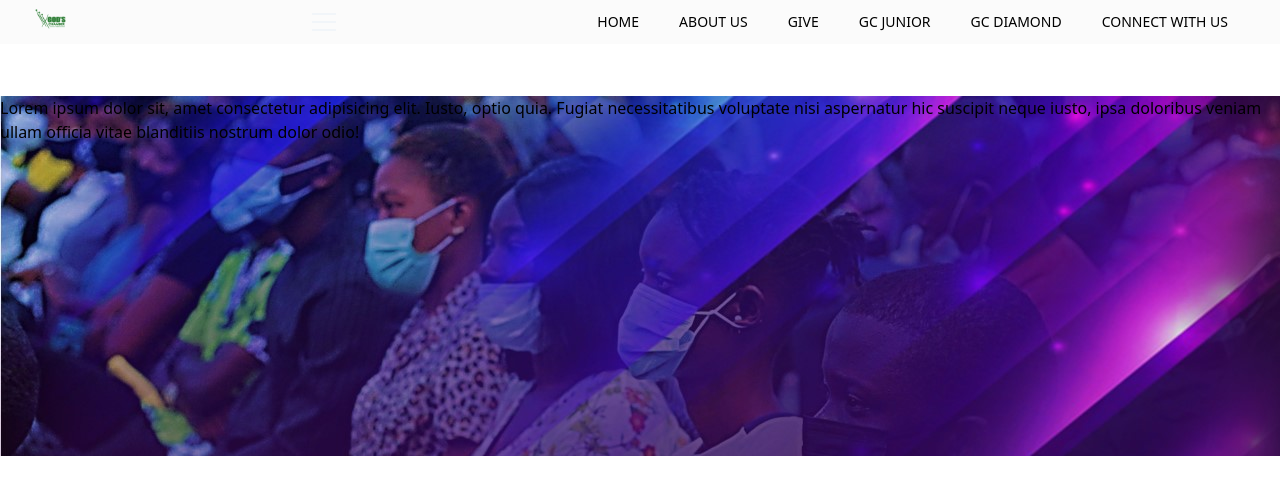
Repository: hisreal123/godschamber-church-main
Page: /
The author's editor kept a copy of each file at every save. The page is drawn from the files as they stood at one save, then again after the next save.
The browser window is 1280 px wide. The pictures show the whole page.
The project was rebuilt for these pictures with package versions that can differ from the ones it lists, and the page was loaded fresh each time. The framework's server and built-in components were replaced by stand-ins that run in the browser. Also part of the build but not shown: next.config.js.

Above is the page before, as saved 2022-08-14 22:21:49.

After the next save:
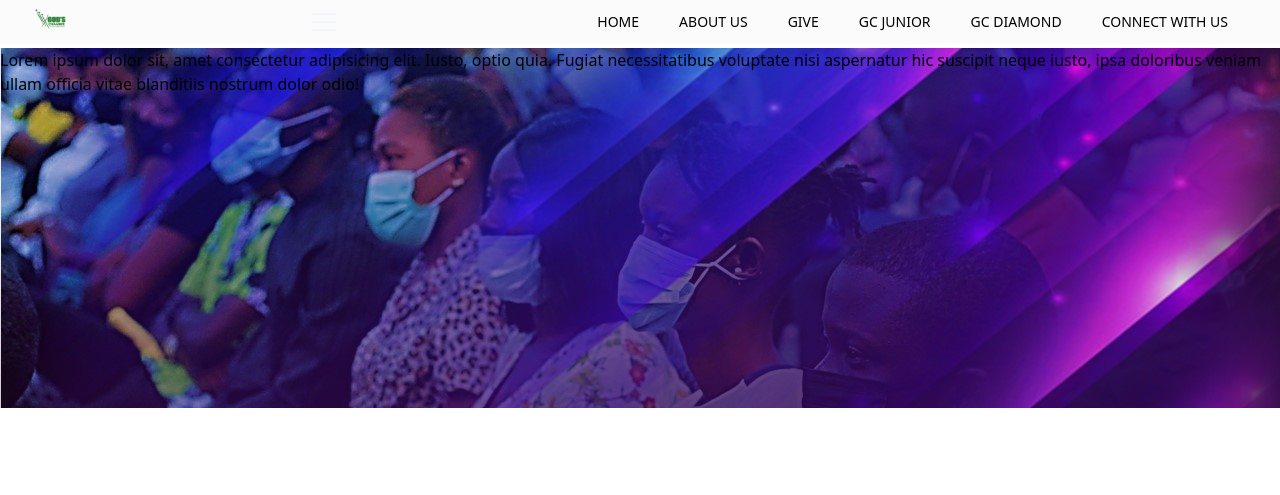
Saved 13 s later.
--- a/components/Banner.tsx
+++ b/components/Banner.tsx
@@ -2,7 +2,7 @@ import React from "react";
 
 const Banner = () => {
   return (
-    <div className=" bg-image relative mt-12 h-[360px] " >
+    <div className=" bg-image relative h-[360px] " >
       Lorem ipsum dolor sit, amet consectetur adipisicing elit. Iusto, optio
       quia. Fugiat necessitatibus voluptate nisi aspernatur hic suscipit neque
       iusto, ipsa doloribus veniam ullam officia vitae blanditiis nostrum dolor
